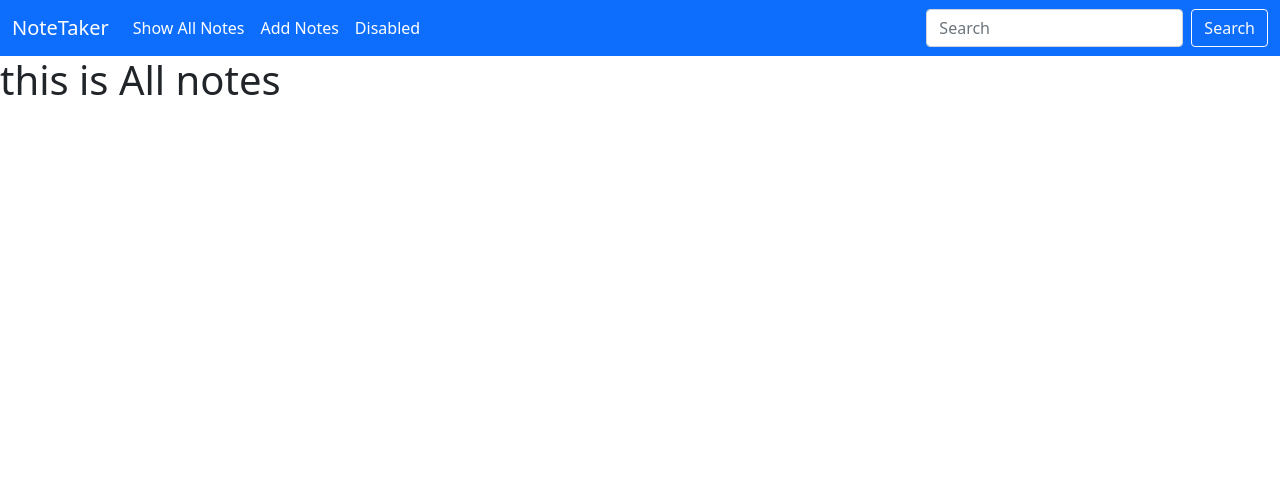
Repository: Shubham-Kumar-cmd/Hibernate
Page: http://localhost/NoteTakerApp/showAllNotes.jsp
An editor plug-in stored every save of this project. The page is shown before and after the next save, followed by the edit.
The browser window is 1280 px wide. The pictures show the whole page.
The page is served by Tomcat 9. Other server files are loaded and not shown.

Above is the page before, as saved 2023-02-07 13:02:29.

### NoteTakerApp/src/main/webapp/showAllNotes.jsp
<%@ page language="java" contentType="text/html; charset=ISO-8859-1"
    pageEncoding="ISO-8859-1"%>
    <%@include file="header.jsp" %>
<!DOCTYPE html>
<html>
<head>
<meta charset="ISO-8859-1">
<link
	href="https://cdn.jsdelivr.net/npm/bootstrap@5.0.2/dist/css/bootstrap.min.css"
	rel="stylesheet"
	integrity="sha384-EVSTQN3/azprG1Anm3QDgpJLIm9Nao0Yz1ztcQTwFspd3yD65VohhpuuCOmLASjC"
	crossorigin="anonymous">
<title>Show All Notes</title>
</head>
<body>
<h1>this is All notes</h1>
</body>
</html>

### NoteTakerApp/src/main/webapp/header.jsp
<%@ page language="java" contentType="text/html; charset=ISO-8859-1"
	pageEncoding="ISO-8859-1"%>
<!DOCTYPE html>
<html>
<head>
<meta charset="ISO-8859-1">
<link
	href="https://cdn.jsdelivr.net/npm/bootstrap@5.0.2/dist/css/bootstrap.min.css"
	rel="stylesheet"
	integrity="sha384-EVSTQN3/azprG1Anm3QDgpJLIm9Nao0Yz1ztcQTwFspd3yD65VohhpuuCOmLASjC"
	crossorigin="anonymous">
<title>Header</title>
</head>
<body>
	<nav class="navbar navbar-expand-lg navbar-primary bg-primary">
		<div class="container-fluid">
			<a class="navbar-brand text-white" href="addNotes.jsp">NoteTaker</a>

			<div class="collapse navbar-collapse" id="navbarSupportedContent">
				<ul class="navbar-nav me-auto mb-2 mb-lg-0">
					<li class="nav-item"><a class="nav-link active text-white"
						aria-current="page" href="showAllNotes.jsp">Show All Notes</a></li>
					<li class="nav-item"><a class="nav-link text-white" href="addNotes.jsp">Add Notes</a></li>

					<li class="nav-item"><a class="nav-link text-white" href="#"
						tabindex="-1" aria-disabled="false">Disabled</a></li>
				</ul>
				<form class="d-flex">
					<input class="form-control me-2" type="search" placeholder="Search"
						aria-label="Search">
					<button class="btn btn-outline-light" type="submit">Search</button>
				</form>
			</div>
		</div>
	</nav>
</body>
</html>

### NoteTakerApp/src/main/webapp/css/style.css
@charset "ISO-8859-1";
.container{
	background-color:yellow;
}
.cards{
        display: grid;
        grid-template-columns: repeat(auto-fill,minmax(250px, 1fr));
 }
 .card{
 	margin:16px 8px;
 }
 .title{
 	padding-top:20px;
 	text-align:center;
 }

After the next save:
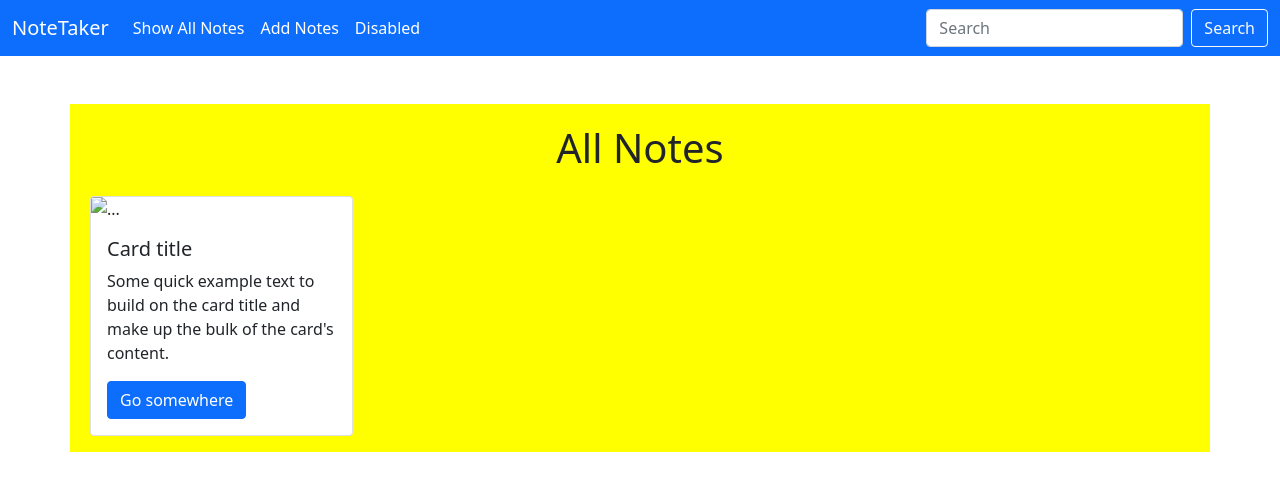
Saved 3 min 15 s later.
--- a/NoteTakerApp/src/main/webapp/showAllNotes.jsp
+++ b/NoteTakerApp/src/main/webapp/showAllNotes.jsp
@@ -10,9 +10,24 @@
 	rel="stylesheet"
 	integrity="sha384-EVSTQN3/azprG1Anm3QDgpJLIm9Nao0Yz1ztcQTwFspd3yD65VohhpuuCOmLASjC"
 	crossorigin="anonymous">
+	<link rel="stylesheet" href="css/style.css">
 <title>Show All Notes</title>
 </head>
 <body>
-<h1>this is All notes</h1>
+<div class="container mt-5">
+	<h1 class="title">All Notes</h1>
+	<div class="cards">
+		<div class="card">
+			<img src="" class="card-img-top" alt="...">
+			<div class="card-body">
+				<h5 class="card-title">Card title</h5>
+				<p class="card-text">Some quick example text to build on the
+					card title and make up the bulk of the card's content.</p>
+				<a href="#" class="btn btn-primary">Go somewhere</a>
+			</div>
+		</div>
+
+		</div>
+	</div>
 </body>
 </html>
